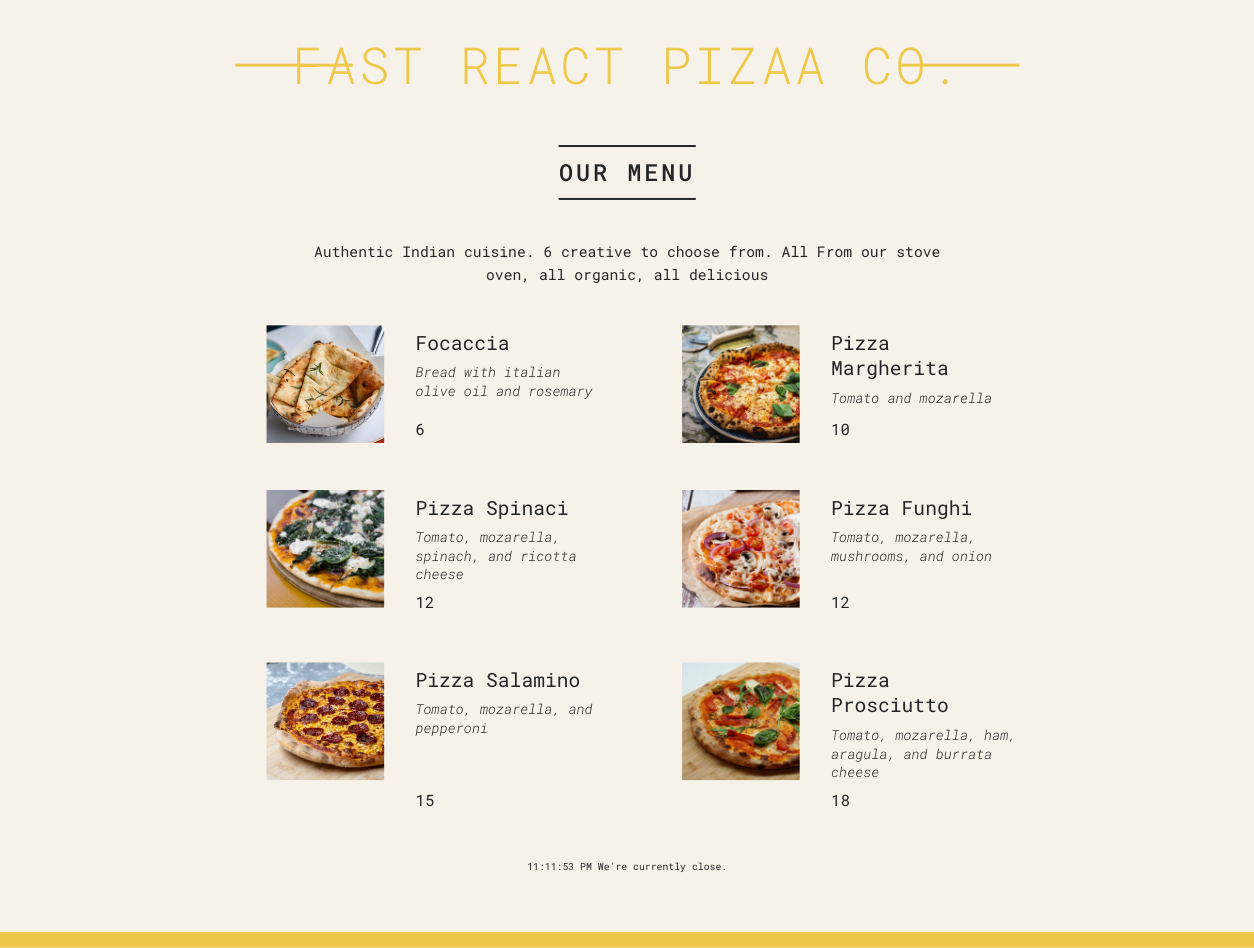
Repository: balaji-ummadisetty/reactPropsPractice
Page: /
The author's editor kept a copy of each file at every save. The page is drawn from the files as they stood at one save, then again after a run of saves.
The browser window is 1280 px wide. The pictures show the whole page, at 98% of full size.
The project was rebuilt for these pictures with package versions that can differ from the ones it lists, and the page was loaded fresh each time. Also part of the build but not shown: vite.config.js.

Above is the page before, as saved 2024-05-08 23:23:17.

After the next 3 saves:
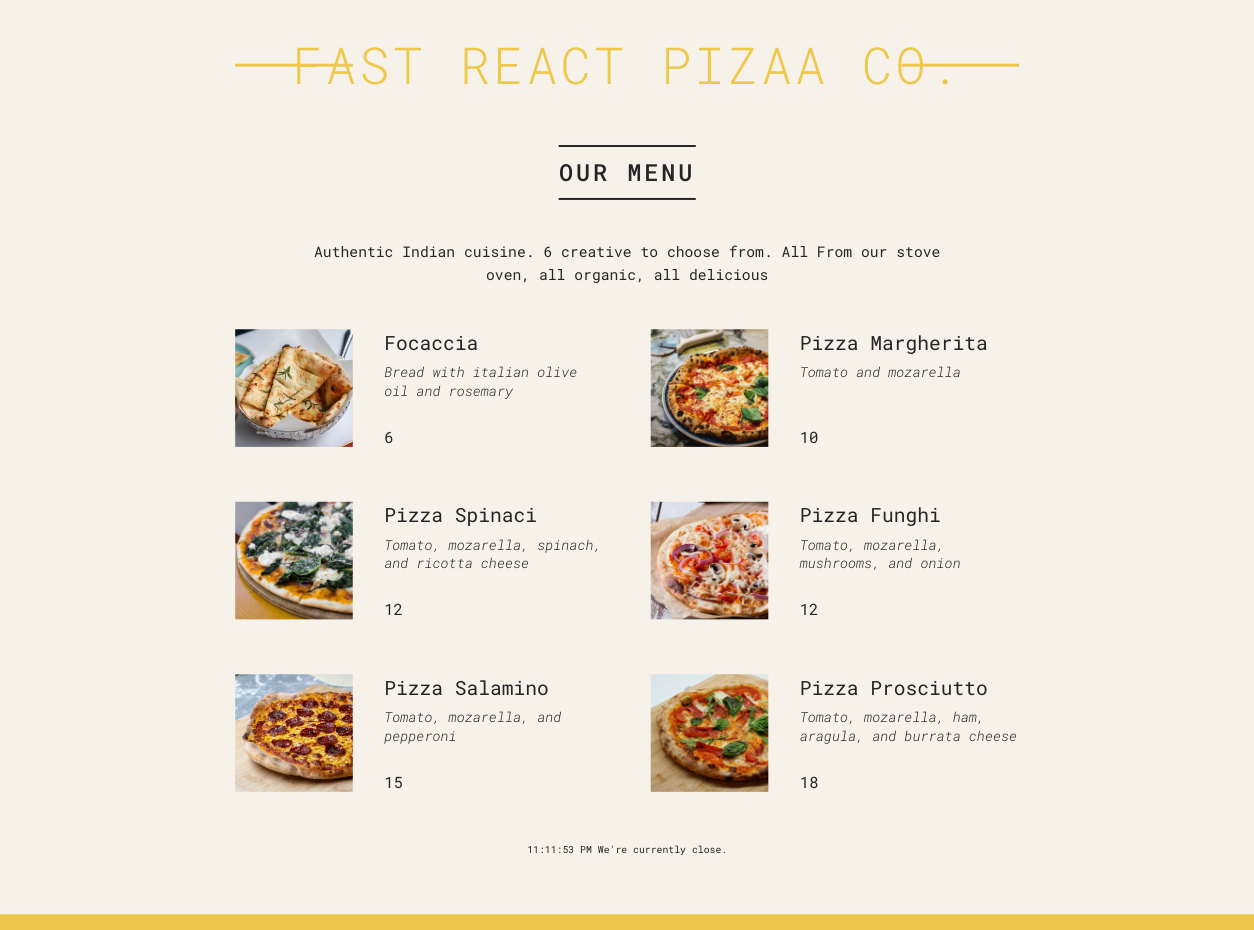
The 3 saves are shown as one change because they came seconds apart.
The last was saved 9 s later.
--- a/src/App.jsx
+++ b/src/App.jsx
@@ -6,8 +6,9 @@ function Pizza(props) {
 
     return (
         <div className='pizza'>
-            <div className=''></div>
+            <div className=''>
             <img src ={props.photoName} alt={props.photoName} />
+            </div>
             <div>
             <h3>{props.name}</h3>
             <p>{props.ingredients}</p>
